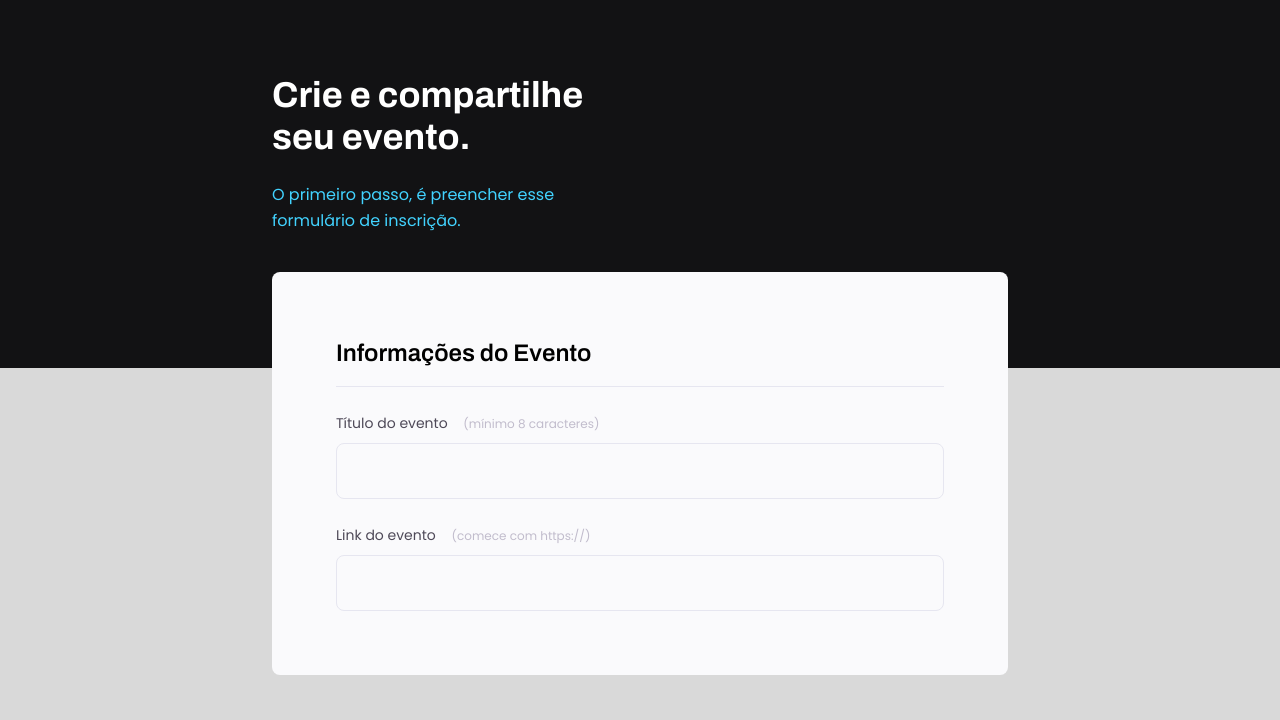
Repository: devMuriloOliveira/Formulario
Page: index.html
An editor plug-in stored every save of this project. The page is shown before and after the next save, followed by the edit.
The browser window is 1280 px wide. The pictures show the whole page.

Above is the page before, as saved 2023-10-31 21:05:26.

After the next save:
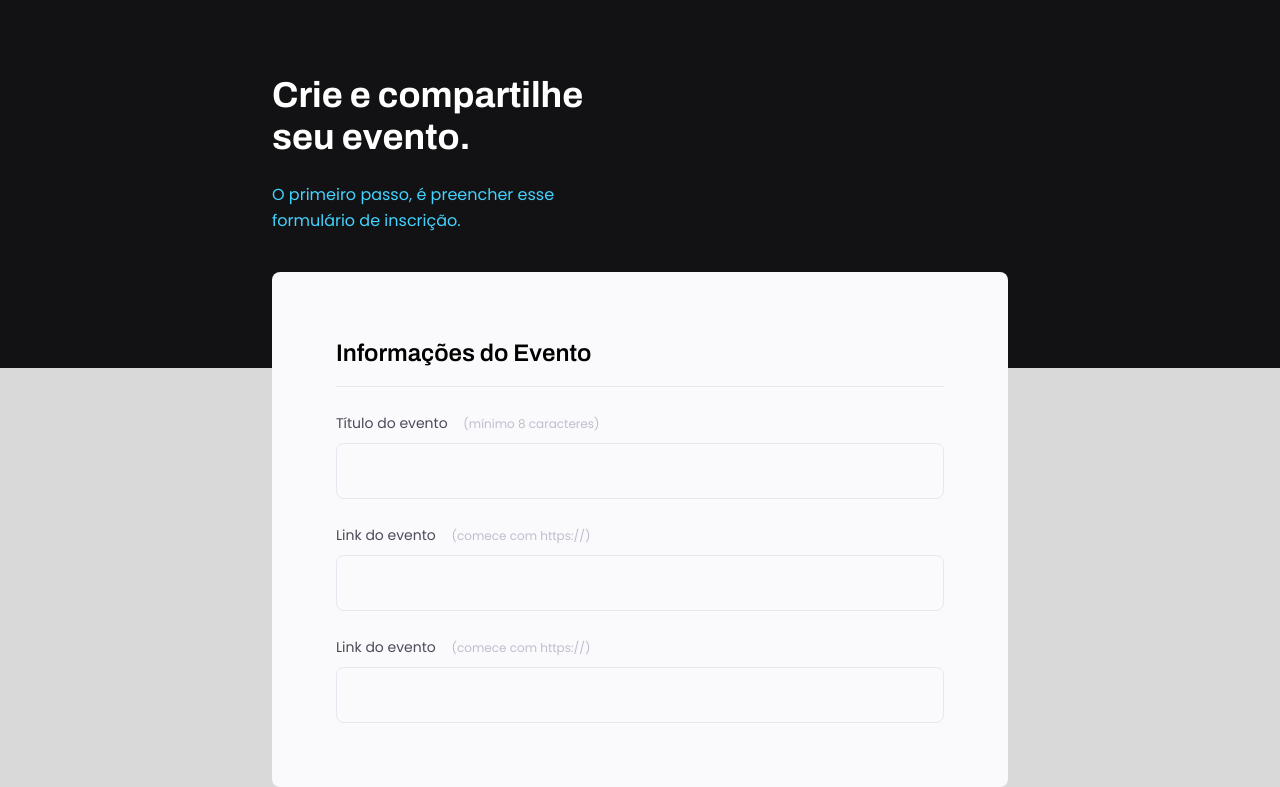
Saved 2 min 2 s later.
--- a/index.html
+++ b/index.html
@@ -29,7 +29,6 @@
               <label for="event-title">
                 Título do evento <span>(mínimo 8 caracteres)</span>
               </label>
-
               <input type="text" id="event-title" />
             </div>
 
@@ -37,7 +36,13 @@
               <label for="event-link">
                 Link do evento <span>(comece com https://)</span>
               </label>
+              <input type="text" id="event-link" />
+            </div>
 
+            <div class="input-wrapper">
+              <label for="event-link">
+                Link do evento <span>(comece com https://)</span>
+              </label>
               <input type="text" id="event-link" />
             </div>
           </div>
